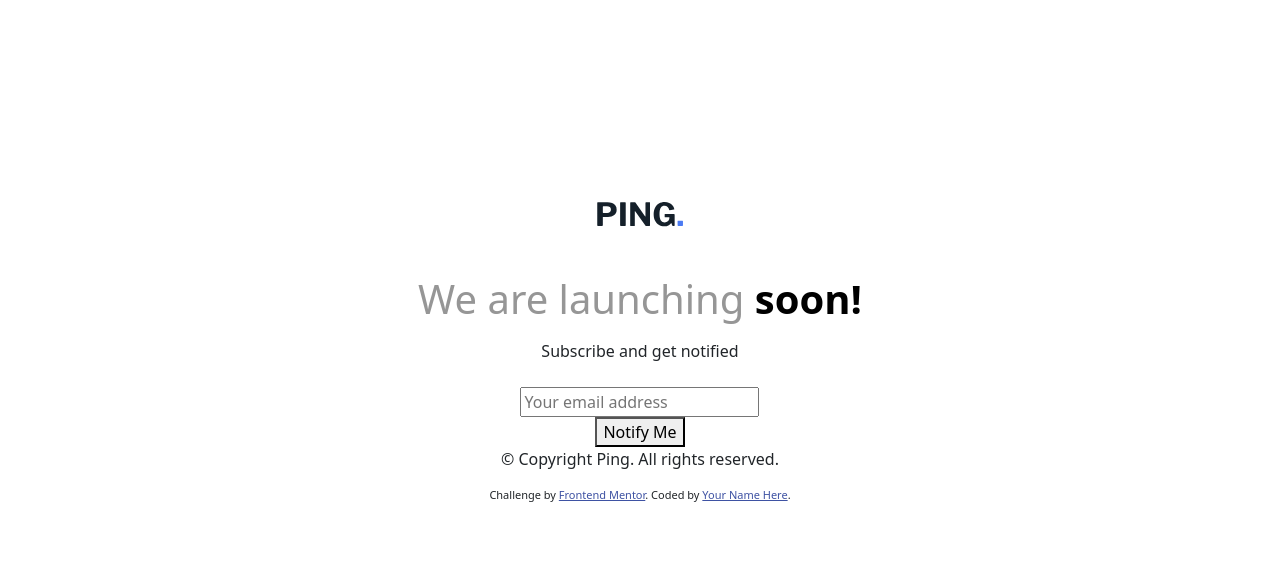
Repository: blordeus/ping-coming-soon-page-master
Page: index.html
These files come from the project's save history. The page is drawn as it stood at one moment and after a run of saves; the edit follows.
The browser window is 1280 px wide. The pictures show the whole page.
The style sheet was rebuilt from its Sass, Less or Tailwind sources for each picture, by a compiler version that may differ from the author's.

Above is the page before, as saved 2023-08-31 11:17:54.

### index.html
<!DOCTYPE html>
<html lang="en">
<head>
  <meta charset="UTF-8">
  <meta name="viewport" content="width=device-width, initial-scale=1.0"> <!-- displays site properly based on user's device -->

  <link rel="icon" type="image/png" sizes="32x32" href="./images/favicon-32x32.png">
  <link rel="stylesheet" href="style.css">
  <link href="https://cdn.jsdelivr.net/npm/bootstrap@5.3.1/dist/css/bootstrap.min.css" rel="stylesheet" integrity="sha384-4bw+/aepP/YC94hEpVNVgiZdgIC5+VKNBQNGCHeKRQN+PtmoHDEXuppvnDJzQIu9" crossorigin="anonymous">
  <title>Frontend Mentor | Ping coming soon page</title>


</head>
<body>
  <main class="text-center">
    <img class="mb-5" src="./images/logo.svg" alt="logo">

    <h1 class="heading-color">We are launching <strong class="text-black">soon!</strong></h1>

    <p class="mt-3 mb-4">Subscribe and get notified</p>

    <div >
      <input class="" type="email" placeholder="Your email address">
      <br>
      <button class="">Notify Me</button>
    </div>

    <p>&copy; Copyright Ping. All rights reserved.</p>

    <footer>
      <p class="attribution">
        Challenge by <a rel="noopener" href="https://www.frontendmentor.io?ref=challenge" target="_blank">Frontend Mentor</a>.
        Coded by <a href="#">Your Name Here</a>.
      </p>
    </footer>
  </main>
  <script src="https://cdn.jsdelivr.net/npm/bootstrap@5.3.1/dist/js/bootstrap.bundle.min.js" integrity="sha384-HwwvtgBNo3bZJJLYd8oVXjrBZt8cqVSpeBNS5n7C8IVInixGAoxmnlMuBnhbgrkm" crossorigin="anonymous"></script>
</body>
</html>

### style.scss
  @import url('https://fonts.googleapis.com/css2?family=Libre+Franklin:wght@300;600;700&display=swap');

:root {
    --very-dark-blue: hsl(209, 33%, 12%);
    --dark-gray: hsl(0, 0%, 59%);
    --blue: hsl(223, 87%, 63%);
    --light-red: hsl(354, 100%, 66%);
    --pale-blue: hsl(223, 100%, 88%);
}

body {
    font-size: 20px;
    font-family: 'Libre Franklin', sans-serif;
    box-sizing: border-box;
    margin: 0;
    padding: 0;
    min-height: 100vh;
    display: flex;
    flex-direction: column;
    justify-content: center;
    align-items: center;
}

.heading-color {
    color: var(--dark-gray);
}

  .attribution { font-size: 11px; text-align: center; }
  .attribution a { color: hsl(228, 45%, 44%); }

After the next 2 saves:
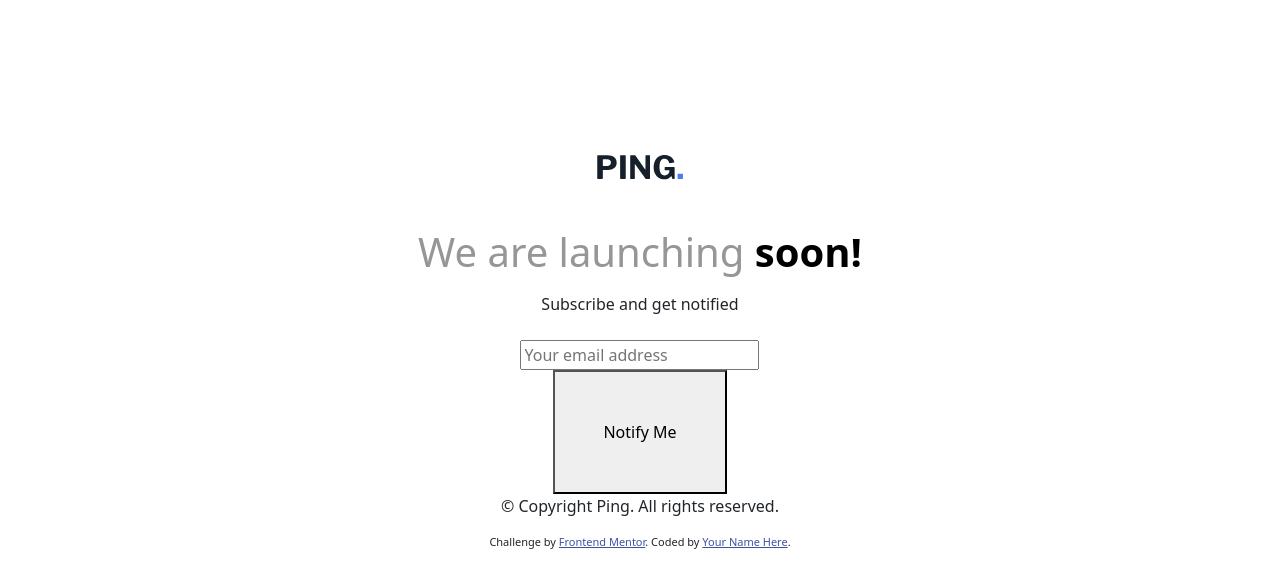
The 2 saves are shown as one change because they came seconds apart.
The last was saved 6 s later.
--- a/index.html
+++ b/index.html
@@ -22,7 +22,7 @@
     <div >
       <input class="" type="email" placeholder="Your email address">
       <br>
-      <button class="">Notify Me</button>
+      <button class="p-5">Notify Me</button>
     </div>
 
     <p>&copy; Copyright Ping. All rights reserved.</p>
